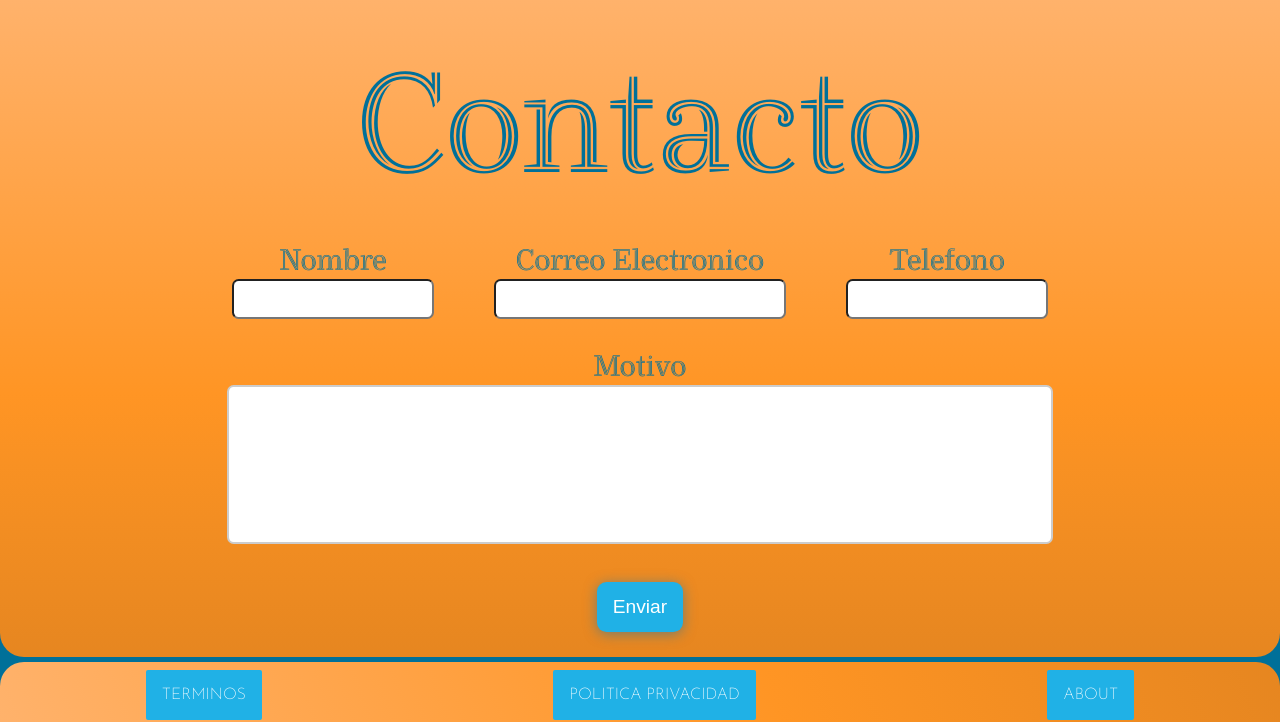
Repository: Jogalso/webPsicologa
Page: /
These files come from the project's save history. The page is drawn as it stood at one moment and after the next save; the edit follows.
The browser window is 1280 px wide. The pictures show the part of the page from y = 4663 to 5385 px (the page is 5385 px tall before and 5372 px after).
Backgrounds fixed to the window are drawn as part of the page. The project was rebuilt for these pictures with package versions that can differ from the ones it lists, and the page was loaded fresh each time. Some packages were replaced by stand-ins written for this rebuild. The framework's server and built-in components were replaced by stand-ins that run in the browser.

Above is the page before, as saved 2021-07-14 13:54:43.

### pages/index.js
import React from 'react'
import Layout from '../components/Layout'

import Header from '../components/Header'
import Terapias from '../components/Terapias'
import FormularioContacto from '../components/FormularioContacto'
import Footer from '../components/Footer'

export default function index() {
    return (
        <div>
            <Layout>
                <Header />
                <Terapias />
                <FormularioContacto />
                <Footer />
            </Layout>
        </div>
    )
}

### components/Layout.jsx
('use strict')
import Link from 'next/link';
import Head from 'next/head';
import React from 'react'

function Layout(props) {
    const {children, title} = props;
    return <div>
    <Head >
    <title>Terapia Gestalt: {title}</title>
        <meta name="viewport" content="width=device-width, initial-scale=1"></meta>
    </Head>
    {children}

    <style jsx global>
    {`
        html{
            background: #007099;
        }
    `
    //colores en naranja #FF9524, #FFA13D, #FA9223, #007FAD, #23C1FA
    }
    </style>
    <style jsx global>
        { `
           @import url('https://fonts.googleapis.com/css2?family=Josefin+Sans:wght@200&display=swap');
           body{
               max-width; 100%;
               width: 100%;
               margin: 0px;
               font-family:  'Josefin Sans', sans-serif;
           }
           @font-face {
               font-family: 'RymanEco';
               src: url('/fonts/RymanEco/RymanEco-Regular.otf');
           }
        `}
    </style>
</div>
}

export default Layout

### components/Header.jsx

import Link from 'next/link';
export default function Header() {

    return (
        <div>
            <div className="Header">
                <div className="InfoTerapetua">
                    <img className="InfoTerapetua__img" src="../imagenes/principal.png" />
                    <h2>Feli Scott</h2>
                </div>
                <div className="botones">
                    <Link href="/">
                        <a>
                            Inicio
                        </a>
                    </Link>
                    <Link href="/contacto">
                        <a>
                            Contacto
                        </a>
                    </Link>
                </div>
            </div>

            <style>
                {`
                    .Header{
                        background: linear-gradient(70deg,#E68620 0, #FF9524 60%, #FFB26B);
                        border-bottom-right-radius: 0.8vw;
                        border-bottom-left-radius: 0.8vw;
                        margin-bottom: 0.3vw;
                        display: flex;
                        justify-content: space-around;
                    }
                    .InfoTerapetua{
                        color: #007099;
                        padding-top: 0.5vw;
                        margin-left: 3vw;
                        text-align: center;
                    }
                    .InfoTerapetua__img{
                        height: 6vw;
                        width: auto;
                    }
                    .botones{
                        margin-top: 0.5vw;
                        display: flex;
                        align-items: end;
                    }
                    .botones a{
                        color: #FFA13D;
                        font-size: 1.2vw;
                        border-color: #007099;
                        background-color: #20B1E6;
                        text-transform: uppercase;
                        padding: 0.8vw 1vw;
                        margin-left: 0.1vw;
                        margin-bottom: 0.15vw;
                        text-decoration: none;
                        line-height: 1.5vw;
                    }
                `}
            </style>
        </div>
    )
}

### components/Terapias.jsx
import React from 'react'

export default function Terapias() {
    return (
        <div>
            <div className="Terapias">
                <div className="Terapia__titulo">
                    <span className="titulo">Terapia Gelstat</span>
                    <p></p>
                    <img className="Terapias__img" src="../imagenes/ILoveGestalt.png"/>
                </div>
                <div className="Terapia_modalidades">
                    <h2>Terapia a adultos</h2>
                    <div className="TerapiaPersonal"></div>

                    <h2>Terapia a niños</h2>
                    <div className="TerapiaNiños"></div>

                    <h2>Terapia a adolescentes</h2>
                    <div className="TerapiaAdolescentes"></div>

                    <h2>Terapia familiar</h2>
                    <div className="TerapiaFamiliar"></div>
                </div>
            </div>

            <style>
                {`
                    .Terapias{
                        background: linear-gradient(45deg, #FFB26B 0, #FF9524 60%, #E68620);
                        border-top-right-radius: 1.5em;
                        border-top-left-radius: 1.5em;
                        text-align: center;
                        font-family: 'RymanEco';
                        color: #007099;
                    }
                    .titulo{
                        padding-top: 0.5em;
                        margin-top: 0px;
                        font-size: 3em;
                    }
                    .Terapia_modalidades h2{
                        margin-top: 1.5em;
                        margin-bottom: 1.5em;
                    }
                    .Terapias__img{
                        height: 6em;
                        width: auto;
                    }
                    .Terapia_modalidades{
                        width: 100%;
                    }
                    .Terapia__titulo{
                        margin-left: auto;
                        margin-right: auto;
                        padding-top: 0.5em;
                        max-width: 50%;
                        display: flex;
                        justify-content: space-around;
                    }
                    .TerapiaPersonal{
                        min-height: 1000px;
                        background-image: url("../imagenes/heart_1920.png");
                        background-repeat: no-repeat;
                        background-size: cover;
                        background-attachment: fixed;
                        background-position: right center;
                        margin-bottom 2em;
                        border-radius: 0.5em;
                    }
                    .TerapiaNiños{
                        min-height: 1000px;
                        background-image: url("../imagenes/niños_1280.jpg");
                        background-repeat: no-repeat;
                        background-size: cover;
                        background-attachment: fixed;
                        background-position: right center;
                        border-radius: 0.5em;
                    }
                    .TerapiaAdolescentes{
                        min-height: 1000px;
                        background-image: url("../imagenes/jovenes_1280.jpg");
                        background-repeat: no-repeat;
                        background-size: cover;
                        background-attachment: fixed;
                        background-position: right center;
                        border-radius: 0.5em;
                    }
                    .TerapiaFamiliar{
                        min-height: 1000px;
                        background-image: url("../imagenes/familias_1280.jpg");
                        background-repeat: no-repeat;
                        background-size: cover;
                        background-attachment: fixed;
                        background-position: right center;
                        border-radius: 0.5em;
                    }

                `}
            </style>
        </div>
    )
}

### components/FormularioContacto.jsx
import React from 'react'

import {useField} from '../hooks/useField'

const FormularioContacto = () => {

    //estado del nombre de usuario para login
    const {
        value: valueNombre,
        setValue: setValueNombre,
        errors: errorsNombre, //esta variable debe contener un String para mostrarlo como mensaje de validacion personalizado en los input text agnosticos
        addError: addErrorNombre, //metodo para añadir o concatener nuevos mensajes al String de errorsNombre
      } = useField({ initialValue: ' ' });

    const {
        value: valueEmail,
        setValue: setValueEmail,
        errors: errorsEmail, //esta variable debe contener un String para mostrarlo como mensaje de validacion personalizado en los input text agnosticos
        addError: addErrorEmail, //metodo para añadir o concatener nuevos mensajes al String de errorsNombre
      } = useField({ initialValue: ' ' });

    const {
        value: valueTelefono,
        setValue: setValueTelefono,
        errors: errorsTelefono, //esta variable debe contener un String para mostrarlo como mensaje de validacion personalizado en los input text agnosticos
        addError: addErrorTelefono, //metodo para añadir o concatener nuevos mensajes al String de errorsNombre
      } = useField({ initialValue: ' ' });

    const {
        value: valueMotivo,
        setValue: setValueMotivo,
        errors: errorsMotivo, //esta variable debe contener un String para mostrarlo como mensaje de validacion personalizado en los input text agnosticos
        addError: addErrorMotivo, //metodo para añadir o concatener nuevos mensajes al String de errorsNombre
      } = useField({ initialValue: ' ' });

    //metodo de adicion de errores
    const onFieldError = React.useCallback(
        ({ message, path }) => {
          switch (path[0]) {
            case "nombre":
                addErrorNombre(e.target.value)
                break;
            case "email":
                addErrorEmail(e.target.value)
                break;
             case "telefono":
                addErrorTelefono(e.target.value)
                break;
             case "motivo":
                addErrorMotivo(e.target.value)
                break;
          }
        },
        [addErrorNombre, addErrorEmail, addErrorTelefono, addErrorMotivo]
      );
    //metodo para el manejo del cambio de datos en los campos
    const handleChange = (e) => {
        switch (e.target.name){
           case "nombre":
               setValueNombre(e.target.value)
               break;
           case "email":
               setValueEmail(e.target.value)
               break;
            case "telefono":
                setValuePais(e.target.value)
                break;
            case "motivo":
                setValueMotivo(e.target.value)
                break;
       }
   }

    const onSubmit = (e) => {
        e.preventDefault();
        fetch('/api/send-email', {
          method: 'POST',
          headers: { 'Content-Type': 'application/json' },
          body: JSON.stringify({ nombre: valueNombre, email: valueEmail, telefono: valueTelefono, motivo: valueMotivo })
        });
        alert("Contact email has been sent successfully")
        window.location.href= "/";
    }
    return (

            <React.Fragment>
                <div className="container">
                    <div className="banner" />
                    <div className="formulario">
                        <form
                            className="ContactForm"
                            onSubmit={onSubmit}
                        >
                            <div className="titulo">
                                <span className="Titulo">Contacto</span>
                            </div>
                            <div className="inputs">
                                <div className="contenedorInput">
                                    <span>Nombre</span>
                                    <input
                                        name="nombre"
                                        type="text"
                                        required="true"
                                        title="Tu nombre y apellidos, para saber como dirigirnos a ti"
                                        className="nombre"
                                        onChange={handleChange}
                                    />
                                </div>
                                <div className="contenedorInput">
                                    <span>Correo Electronico</span>
                                    <input
                                        name="email"
                                        type="email"
                                        title="Un correo electronico que se de tu uso habitual"
                                        required="true"
                                        className="email"
                                        onChange={handleChange}
                                    />
                                </div>
                                <div className="contenedorInput">
                                    <span>Telefono</span>
                                    <input
                                        name="nombre"
                                        type="tel"
                                        pattern="[ +][0-9]{3} [0-9]{3} [0-9]{2} [0-9]{2} [0-9]{2}"
                                        title="Un numero de telefono con la posibilidad de +000 de la procedencia, seguido de 9 digitos entre el 0 al 9"
                                        required="true"
                                        className="nombre"
                                        onChange={handleChange}
                                    />
                                </div>
                            </div>
                            <div className="containerMotivo">
                                <span className="spanMotivo">Motivo</span>
                                <textarea
                                    name="motivo"
                                    type="text"
                                    title="Explicar brevemente el motivo de contacto"
                                    className="inputFormMotivo"
                                    onChange={handleChange}
                                />
                                </div>
                            <div className="boton">
                                <button
                                    className="submitForm"
                                >
                                    Enviar
                                </button>
                            </div>
                        </form>
                    </div>
                    <div className="banner" />
                </div>

                <style jsx>
                    {`
                       .container{
                            border-bottom-right-radius: 1.5em;
                            border-bottom-left-radius: 1.5em;
                            display: flex;
                            background: linear-gradient(180deg, #FFB26B 0, #FF9524 60%, #E68620);
                            color: #007099;
                       }
                       .formulario{
                           display: flex;
                           justify-content: center;
                           text-align: center;
                           width: 70%;
                       }
                       .banner{
                         width: 25%;
                        }
                        .inputs{
                            display: flex;
                        }
                        .inputs div {
                            text-align: center;
                            margin: 10px;
                            padding: 20px;
                            font-size: 30px;
                        }
                        .inputs span{
                            font-family: 'RymanEco';
                        }
                        .contenedorInput{
                            display: grid;
                            jusfify-content: center;
                            margin: auto;
                        }
                       .Titulo{
                            font-family: 'RymanEco';
                            padding-top: 1rem;
                            display: flex;
                            justify-content: center;
                            font-size: 3em;
                       }
                       input{
                           padding: 0.8em;
                           text-rendering: optimizeLegibility;
                           border-radius: 0.5em;
                       }
                       .email{
                           width: 30em;
                           border-radius: 0.5em;
                       }
                       .containerMotivo{
                           display: grid;
                           max-width: 100%;
                           justify-content: center;
                       }
                       .containerMotivo span{
                            font-size: 30px;
                            font-family: 'RymanEco';
                       }
                       .inputFormMotivo{
                            max-width: 100%;
                            width: 60em;
                            height: 10em;
                            text-rendering: optimizeLegibility;
                            padding: 0.8em;
                            resize: none;
                            border-radius: 4px;
                            border: 2px solid #ccc;
                            border-radius: 0.5em;
                       }
                       .submitForm{
                            box-sizing: border-box;
                            color: white;
                            cursor: pointer;
                            display: inline-block;
                            border: none;
                            display: block;
                            margin-left: auto;
                            margin-right: auto;
                            margin-bottom: 2em;
                            margin-top: 2em;
                            background-color: #20B1E6;
                            box-shadow: 0 2px 13px 0 rgba(4,116,186,0.5);
                            border-radius: 0 3px 3px 0;
                            flex-shrink: 0;
                            padding: 10px 1rem;
                            height: 50px;
                            margin-bottom: 25px;
                            font-size: 1.2rem;
                            border-radius: 0.5em;
                       }
                       @media only screen and (max-width: 1600px){
                            .email{
                                width: 20em;
                            }
                        }
                        @media only screen and (max-width: 1400px){
                            .banner{
                                width: 15%;
                            }
                        }
                        @media only screen and (max-width: 1200px){
                            .banner{
                                width: 5%;
                            }
                            .formulario{
                                width: 90%;
                            }
                        }
                        @media only screen and (max-width: 1000px){
                            .banner{
                                width: 0%;
                            }
                            .formulario{
                                width: 100%;
                            }
                        }
                        @media only screen and (max-width: 900px){
                            .formulario{
                                width: 100%;
                                justify-content: center;
                            }
                            .ContactForm{
                                max-width: 100%;
                            }
                            .inputs{
                                flex-direction: column;
                                margin: auto;
                            }
                            .email{
                                width: 100%;
                                max-width: 100%;
                            }
                            .nombre{
                                width: 100%;
                                max-width: 100%;
                            }
                            .containerMotivo{
                                display; flex;
                                flex-direction: column;
                            }
                            .inputFormMotivo{
                                width: 30em;
                                max-width: 90%;
                                margin-left: 2em;
                            }
                        }
                        @media only screen and (max-width: 600px){
                            .inputFormMotivo{
                                width: 20rem;
                            }
                        }
                        @media only screen and (max-width: 420px){
                            .inputs{
                                max-width: 80%;
                            }
                            .inputFormMotivo{
                                width: 15rem;
                                max-width: 80%;
                                margin-left: 1em;s
                            }
                        }
                    `}
                </style>
            </React.Fragment>
    )
}

export default FormularioContacto

### components/Footer.jsx
import Link from 'next/link'

export default function Footer() {
    return (
        <div>
            <div className="Footer">
                <Link href="/terms">
                    <a target="_blank">
                        Terminos
                    </a>
                </Link>
                <Link href="/privacy">
                    <a target="_blank">
                        Politica privacidad
                    </a>
                </Link>
                <Link href="/about">
                    <a target="_blank">
                        About
                    </a>
                </Link>
            </div>

            <style>
                {`
                    .Footer{
                        background: linear-gradient(70deg, #FFB26B 0, #FF9524 60%, #E68620);
                        display: flex;
                        justify-content: space-around;
                        border-top-right-radius: 1.5em;
                        border-top-left-radius: 1.5em;
                        padding-top: 0.5em;
                        margin-top: 0.3em;
                    }
                    .Footer a{
                        border-radius: 2px;
                        color: white;
                        background-color: #20B1E6;
                        display: inline-block;
                        text-transform: uppercase;
                        padding: 0.8em 1em;
                        text-decoration: none;
                        line-height: 1.5em;
                        margin-bottom: 0.15em;
                    }
                `}
            </style>
        </div>
    )
}

Loaded but not shown: hooks/useField.js (12 lines, source omitted)

After the next save:
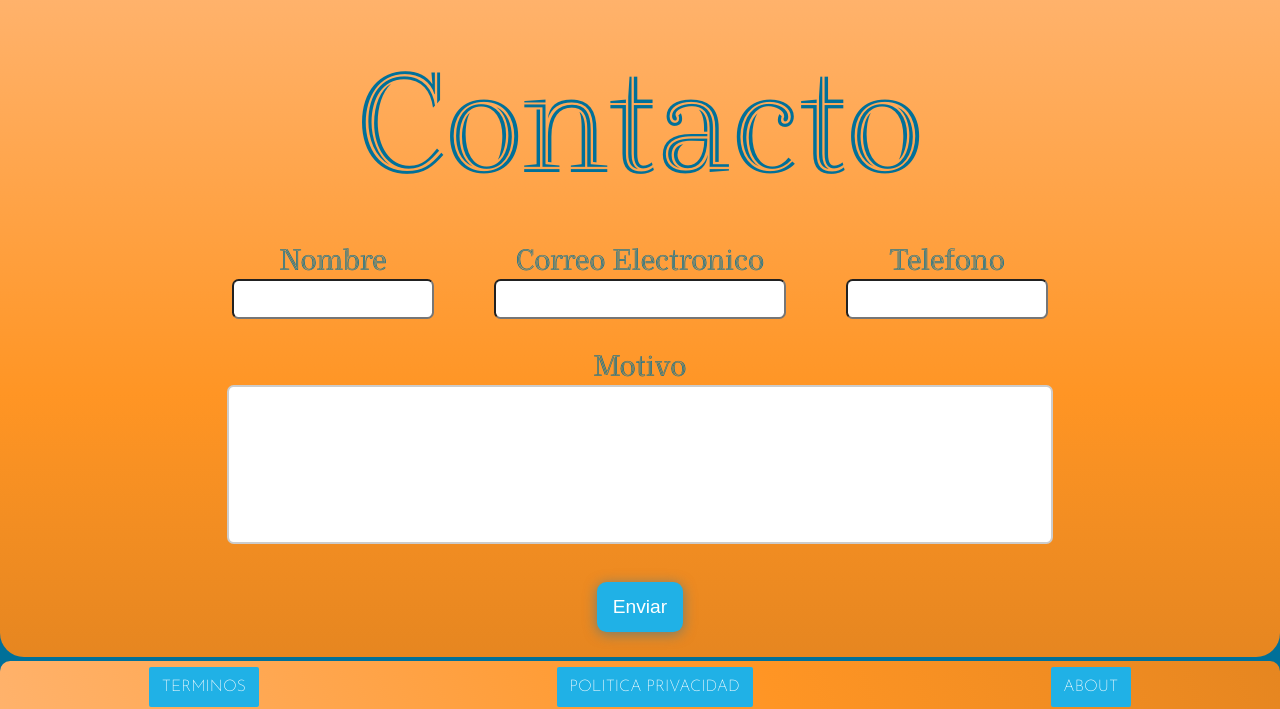
Saved 41 s later.
--- a/components/Footer.jsx
+++ b/components/Footer.jsx
@@ -27,10 +27,10 @@ export default function Footer() {
                         background: linear-gradient(70deg, #FFB26B 0, #FF9524 60%, #E68620);
                         display: flex;
                         justify-content: space-around;
-                        border-top-right-radius: 1.5em;
-                        border-top-left-radius: 1.5em;
-                        padding-top: 0.5em;
-                        margin-top: 0.3em;
+                        border-top-right-radius: 0.8vw;
+                        border-top-left-radius: 0.8vw;
+                        padding-top: 0.5vw;
+                        margin-top: 0.3vw;
                     }
                     .Footer a{
                         border-radius: 2px;
@@ -38,10 +38,10 @@ export default function Footer() {
                         background-color: #20B1E6;
                         display: inline-block;
                         text-transform: uppercase;
-                        padding: 0.8em 1em;
+                        padding: 0.8vw 1vw;
                         text-decoration: none;
-                        line-height: 1.5em;
-                        margin-bottom: 0.15em;
+                        line-height: 1.5vw;
+                        margin-bottom: 0.15vw;
                     }
                 `}
             </style>
